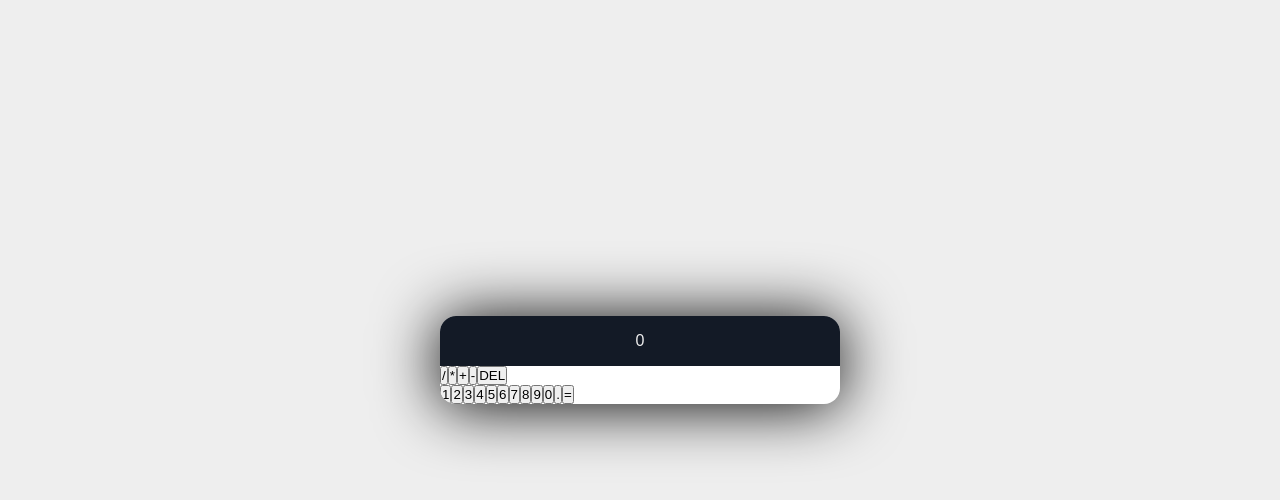
Repository: wakoya-tech/calculator-app
Page: /
An editor plug-in stored every save of this project. The page is shown before and after the next save, followed by the edit.
The browser window is 1280 px wide. The pictures show the whole page.
The project was rebuilt for these pictures with package versions that can differ from the ones it lists, and the page was loaded fresh each time. Also part of the build but not shown: vite.config.js.

Above is the page before, as saved 2025-10-16 23:14:24.

After the next save:
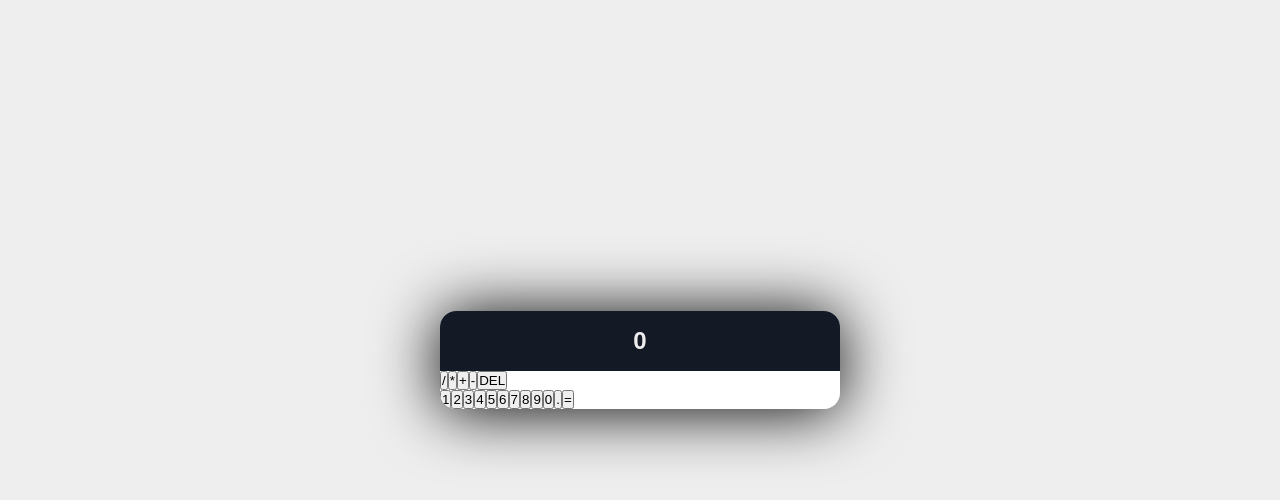
Saved 28 s later.
--- a/src/App.css
+++ b/src/App.css
@@ -34,5 +34,6 @@ body{
   text-align: center;
   background-color: var(--dark);
   color: var(--light);
-  color: var(--light);
+font-size: 24px;
+font-weight: bold;
 }
